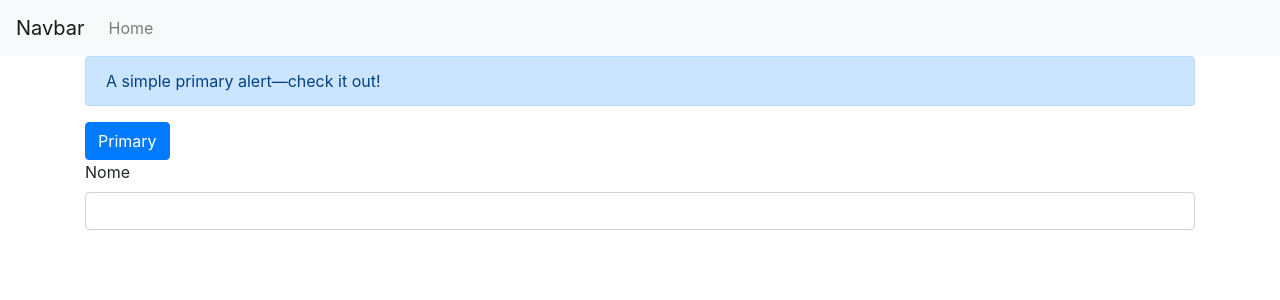
Repository: woodyalan/bootstrap-4
Page: componentes.html
An editor plug-in stored every save of this project. The page is shown before and after the next save, followed by the edit.
The browser window is 1280 px wide. The pictures show the whole page.

Above is the page before, as saved 2020-09-08 22:52:11.

### componentes.html
<!DOCTYPE html>
<html lang="pt-br">
  <head>
    <!-- Required meta tags -->
    <meta charset="utf-8" />
    <meta name="viewport" content="width=device-width, initial-scale=1, shrink-to-fit=no" />

    <link rel="stylesheet" href="https://stackpath.bootstrapcdn.com/bootstrap/4.5.2/css/bootstrap.min.css" />

    <title>OlA Bootstrap!</title>
  </head>
  <body>
    <nav class="navbar navbar-expand-lg navbar-light bg-light">
      <a class="navbar-brand" href="#">Navbar</a>

      <button
        class="navbar-toggler"
        type="button"
        data-toggle="collapse"
        data-target="#navbarNav"
        aria-controls="navbarNav"
        aria-expanded="false"
        aria-label="Toggle navigation"
      >
        <span class="navbar-toggler-icon"></span>
      </button>

      <div class="collapse navbar-collapse" id="navbarNav">
        <ul class="navbar-nav">
          <li class="nav-item">
            <a class="nav-link" href="#">Home <span class="sr-only">(current)</span></a>
          </li>
        </ul>
      </div>
    </nav>
    <div class="container">
      <div class="alert alert-primary" role="alert">A simple primary alert—check it out!</div>

      <button type="button" class="btn btn-primary">Primary</button>

      <form>
        <div class="form-group">
          <label for="nome">Nome</label>
          <input type="text" class="form-control" name="nome" />
        </div>
      </form>
    </div>

    <!-- JS, Popper e jQuery -->
    <script src="https://code.jquery.com/jquery-3.5.1.slim.min.js"></script>
    <script src="https://cdn.jsdelivr.net/npm/popper.js@1.16.1/dist/umd/popper.min.js"></script>
    <script src="https://stackpath.bootstrapcdn.com/bootstrap/4.5.2/js/bootstrap.min.js"></script>
  </body>
</html>

After the next save:
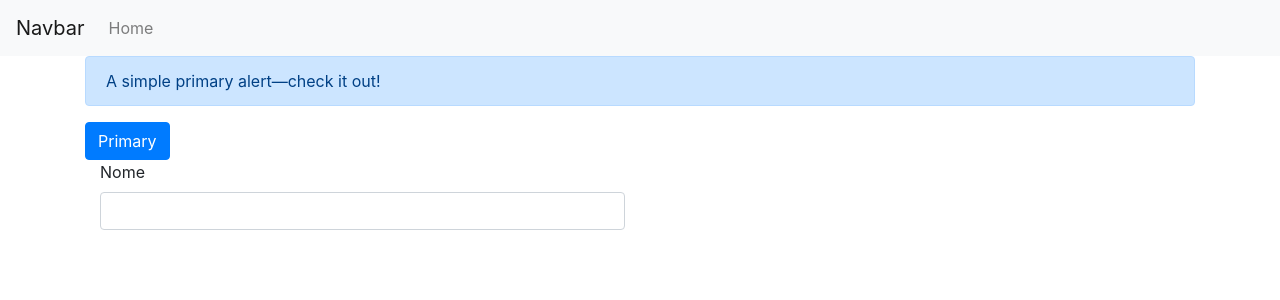
Saved 32 s later.
--- a/componentes.html
+++ b/componentes.html
@@ -39,9 +39,13 @@
       <button type="button" class="btn btn-primary">Primary</button>
 
       <form>
-        <div class="form-group">
-          <label for="nome">Nome</label>
-          <input type="text" class="form-control" name="nome" />
+        <div class="rpw">
+          <div class="col-6">
+            <div class="form-group">
+              <label for="nome">Nome</label>
+              <input type="text" class="form-control" name="nome" />
+            </div>
+          </div>
         </div>
       </form>
     </div>
